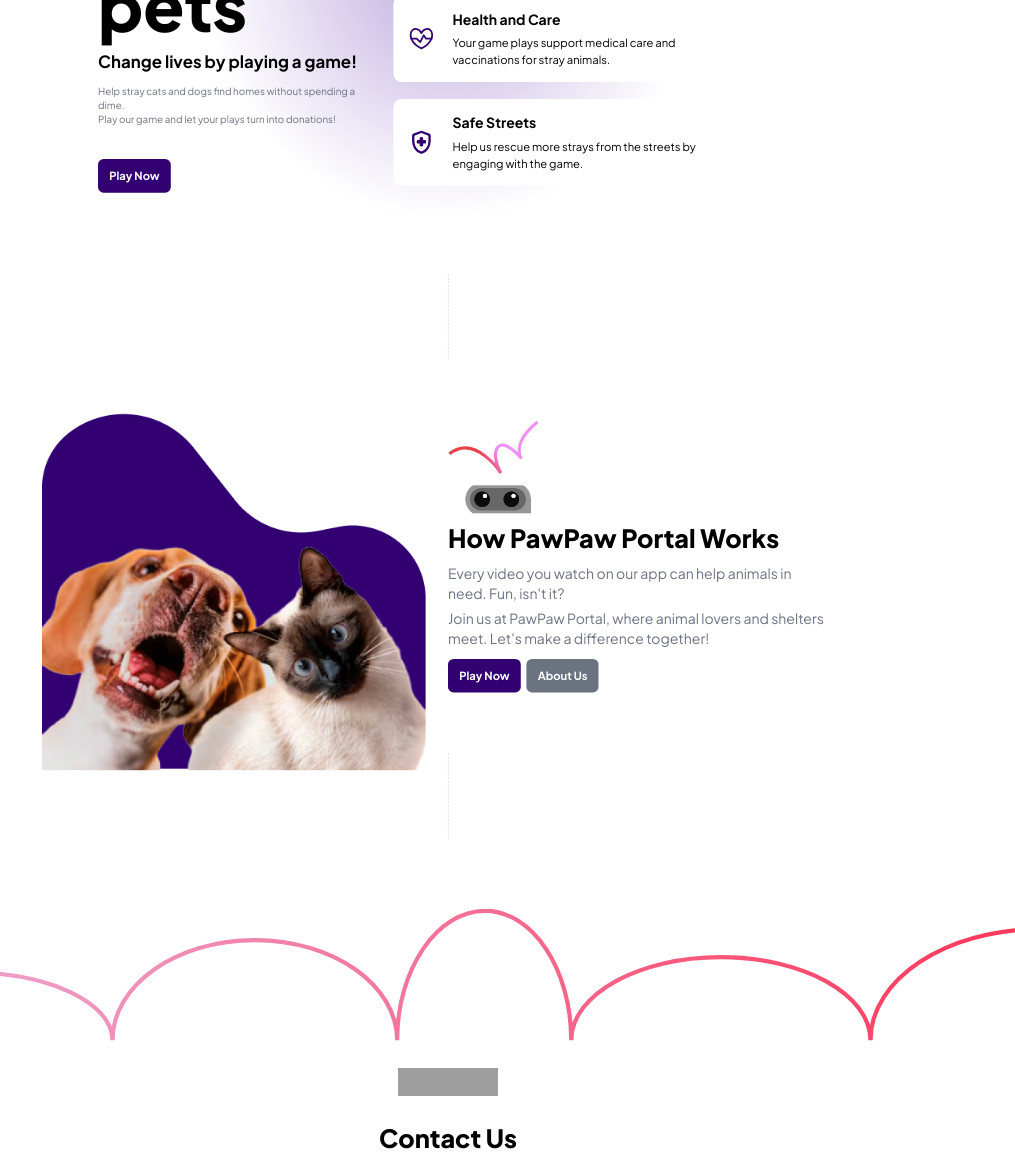
Repository: paskasiregar/pawpawwebsite
Page: /
These files come from the project's save history. The page is drawn as it stood at one moment and after the next save; the edit follows.
The browser window is 1280 px wide. The page is 1450 px wide, so the pictures cover 1450 px, including what lies to the right of the window. The pictures show the part of the page from y = 546 to 2226 px (the page is 3234 px tall), at 70% of full size.
Pictures or frames that could not be fetched are drawn as grey boxes. The project was rebuilt for these pictures with package versions that can differ from the ones it lists, and the page was loaded fresh each time. The framework's server and built-in components were replaced by stand-ins that run in the browser. Also part of the build but not shown: next.config.js, next.config.mjs.

Above is the page before, as saved 2024-07-30 20:32:16.

### src/app/page.js
import { Contact } from "@/components/contact";
import { Divider } from "@/components/divider";
import { Footer } from "@/components/footer";
import { Header } from "@/components/header";
import CTA from "@/components/CTA";
import Hero from "@/components/hero";
import PrimaryButton from "@/components/primaryButton";
import SecButton from "@/components/secButton";
import Image from "next/image";
import logoImage from "../assets/inverse.png";
import bannerImage from "../assets/banner.png";

export default async function Home() {
  return (
    <div className="w-full font-plus-jakarta m-auto flex min-h-screen flex-col items-center justify-between py-4 md:py-8">
      <section className="space-y-4 w-full px-2 md:px-4">
        <div className="centeredcontainer main-container">
          <Header />
        </div>
        <main className="main-container">
          <Hero />
          <Divider />
          <div className="self-stretch bg-white flex flex-col md:flex-row">
            <div className="flex-1 relative h-48 md:h-[489px] z-[0]">
              <Image
                className="w-full h-auto object-cover"
                alt="banner"
                src={bannerImage}
                width={200}
                height={200}
              />
            </div>

            <div className="flex-1 flex flex-col items-center md:items-start justify-center gap-4 z-[1] p-4 md:p-8">
              <div className="space-y-4">
                <div className="flex justify-center md:justify-start">
                  <svg
                    width="130"
                    height="77"
                    viewBox="0 0 130 77"
                    fill="none"
                    xmlns="http://www.w3.org/2000/svg"
                  >
                    <path
                      d="M2.04016 48.038C39.1938 19.0059 75.4362 75.5193 75.4362 75.5193C58.6481 44.4597 70.5515 14.7701 105.05 54.8444C105.05 54.8444 88.8644 34.0647 127.885 2.52962"
                      stroke="url(#paint0_linear_545_35744)"
                      strokeWidth="4.42591"
                      strokeMiterlimit="10"
                      strokeLinejoin="bevel"
                    />
                    <defs>
                      <linearGradient
                        id="paint0_linear_545_35744"
                        x1="19.971"
                        y1="73.8863"
                        x2="126.116"
                        y2="-0.218346"
                        gradientUnits="userSpaceOnUse"
                      >
                        <stop offset="0.2868" stopColor="#E9404C" />
                        <stop offset="0.2967" stopColor="#EA475C" />
                        <stop offset="0.3252" stopColor="#EB5B85" />
                        <stop offset="0.3554" stopColor="#EB6CA8" />
                        <stop offset="0.3871" stopColor="#EC79C5" />
                        <stop offset="0.4209" stopColor="#EC84DB" />
                        <stop offset="0.4577" stopColor="#ED8BEB" />
                        <stop offset="0.4998" stopColor="#ED90F4" />
                        <stop offset="0.5589" stopColor="#ED91F7" />
                      </linearGradient>
                    </defs>
                  </svg>
                </div>
                <Image
                  className="w-36 h-10 object-cover"
                  alt="Logo"
                  src={logoImage}
                  width={120}
                  height={20}
                />
                <div className="flex flex-col items-center md:items-start">
                  <div className="relative font-extrabold text-2xl md:text-4xl text-center md:text-left">
                    How PawPaw Portal Works
                  </div>
                </div>
                <div className="self-stretch flex flex-col md:flex-row items-center md:items-start justify-start text-lg md:text-xl text-gray-500">
                  <div className="flex-1 flex flex-col items-center md:items-start justify-start">
                    <div className="self-stretch">
                      <p className="m-0 text-center md:text-left">
                        Every video you watch on our app can help animals in
                        need. Fun, isn't it?
                      </p>
                      <p className="m-2"></p>
                      <p className="m-0 text-center md:text-left">
                        Join us at PawPaw Portal, where animal lovers and
                        shelters meet. Let's make a difference together!
                      </p>
                    </div>
                  </div>
                </div>

                <div className="flex flex-col md:flex-row gap-2">
                  <PrimaryButton>Play Now</PrimaryButton>
                  <SecButton>About Us</SecButton>
                </div>
              </div>
            </div>
          </div>
          <Divider />
          <Contact />
        </main>
        <div className="w-full">
          <div>
            <CTA />
          </div>
          <Footer />
        </div>
      </section>
    </div>
  );
}

### src/app/globals.css
@import url("https://fonts.googleapis.com/css2?family=Plus+Jakarta+Sans:wght@400;600;700;800&display=swap");

@tailwind base;
@tailwind components;
@tailwind utilities;

body {
  font-family: "Plus Jakarta Sans", sans-serif;
}

.hero-bg {
  display: flex;
  background: radial-gradient(
    circle,
    rgb(204, 188, 230) 10%,
    rgb(255, 255, 255) 50%
  );
}

.cta-container {
  display: flex;
  justify-content: center;
  align-items: center;
  position: relative;
  background: radial-gradient(circle, rgb(14, 4, 4) 0%, rgb(14, 1, 51) 100%);
  padding: 20px;
  gap: 20px;
  min-height: 200px;
}

.cta-button {
  display: inline-block;
  padding: 20px 40px;
  font-size: 24px;
  font-weight: bold;
  color: white;
  background: black;
  border-radius: 40px;
  position: relative;
  z-index: 1;
  overflow: hidden;
  transition: all 0.3s ease;
  text-align: center;
}

.cta-button::before {
  content: "";
  position: absolute;
  top: -2px;
  left: -2px;
  right: -2px;
  bottom: -2px;
  background: linear-gradient(
    90deg,
    rgb(255, 244, 97) 0%,
    rgb(187, 61, 255) 50%,
    rgb(142, 23, 23) 100%
  );
  z-index: -1;
  border-radius: inherit;
}

.cta-button::after {
  content: "";
  position: absolute;
  top: 2px;
  left: 2px;
  right: 2px;
  bottom: 2px;
  background: black;
  z-index: -1;
  border-radius: inherit;
}

.cta-button:hover {
  color: rgb(237, 246, 133);
  background: white;
}

.footer-bg {
  background: radial-gradient(circle, rgb(14, 4, 4) 0%, rgb(14, 1, 51) 100%);
  color: white;
  text-align: center;
  padding: 20px;
}

.centeredcontainer {
  width: 100vw;
  height: auto;
}

.main-container {
  width: 100%;
  max-width: 1200px;
  margin: 0 auto;
  padding: 0 20px;
}
.header-content {
  display: flex;
  flex-direction: row;
  align-items: center;
  justify-content: space-between;
}

.header-logo-button {
  display: flex;
  flex-direction: row;
  align-items: center;
  gap: 16px; /* Adjust spacing as needed */
}

### src/components/contact.jsx
import React from "react";
import PrimaryButton from "@/components/primaryButton";
import NameInput from "./nameInput";
import EmailInput from "./emailInput";
import MessageInput from "./mesageInput";

export const Contact = () => {
  return (
    <div className="font-plus-jakarta flex flex-col items-center justify-center py-16 px-4 md:px-[200px] gap-[40px] text-29xl">
      <div className="flex justify-start items-start">
        <svg
          width="1620"
          height="188"
          viewBox="0 0 1620 188"
          fill="none"
          xmlns="http://www.w3.org/2000/svg"
        >
          <path
            d="M1891 188C1891 100.375 1784.67 29.342 1653.5 29.342C1522.34 29.342 1413.53 100.375 1413.53 188C1413.53 122.37 1317.84 69.158 1199.78 69.158C1081.72 69.158 986.029 122.362 986.029 188C986.029 85.8274 930.825 3 862.735 3C794.645 3 737.369 85.8274 737.369 188C737.369 108.853 646.33 44.6865 534.029 44.6865C421.728 44.6865 330.689 108.853 330.689 188C330.689 134.381 239.649 90.9105 127.349 90.9105C15.0481 90.9105 -76 134.381 -76 188"
            stroke="url(#paint0_linear_545_35799)"
            stroke-width="6"
            stroke-miterlimit="10"
            stroke-linejoin="bevel"
          />
          <defs>
            <linearGradient
              id="paint0_linear_545_35799"
              x1="-84.5283"
              y1="91.1699"
              x2="1899.52"
              y2="91.1699"
              gradientUnits="userSpaceOnUse"
            >
              <stop offset="0.0224" stop-color="#EBADD7" />
              <stop offset="1" stop-color="#FF2445" />
            </linearGradient>
          </defs>
        </svg>
      </div>
      <img
        className="w-36 h-10 object-cover"
        alt="Logo"
        src="https://i.ibb.co.com/wyKQbSt/banner-10.png"
      />
      <div className="flex justify-center text-4xl font-extrabold space-y-4">
        Contact Us
      </div>
      <div className="w-full flex flex-col items-start gap-[16px] text-base text-light-l800 font-regular-reg-2">
        <div className="w-full flex flex-col md:flex-row gap-[20px]">
          <div className="w-full md:w-1/2">
            <NameInput className="w-full" />
          </div>
          <div className="w-full md:w-1/2">
            <EmailInput className="w-full" />
          </div>
        </div>
        <div className="w-full">
          <MessageInput className="w-full" />
        </div>
      </div>
      <PrimaryButton>Send Now</PrimaryButton>
    </div>
  );
};

export default Contact;

### src/components/divider.jsx
export const Divider = () => {
  return (
    <div className="self-stretch h-[195px] flex flex-row items-center justify-center py-16 px-[130px] box-border">
      <div className="w-px relative box-border h-[121px] border-r-[1px] border-dashed border-gray-300" />
    </div>
  );
};

### src/components/header.jsx
import Link from "next/link";
import PrimaryButton from "@/components/primaryButton";
import React from "react";
import Image from "next/image";
import logoHeaderImage from "../assets/banner-10.png";

export const Header = () => {
  return (
    <div className="font-plus-jakarta w-full flex flex-col items-center justify-center text-left text-gray-500">
      <div className="self-stretch bg-white flex flex-col items-center justify-center text-sm">
        <div className="w-full header-content p-2.5 box-border">
          <Link href="/">
            <Image
              className="w-36 h-10 object-cover"
              alt="Logo"
              src={logoHeaderImage}
              width={120}
              height={20}
            />
          </Link>
          <div className="hidden md:flex flex-row items-center justify-center gap-8">
            <div className="relative">How It Works</div>
            <div className="relative">About Us</div>
          </div>
          <div className="header-logo-button">
            <PrimaryButton>Be Our Hero Today!</PrimaryButton>
          </div>
        </div>
      </div>
    </div>
  );
};

export default Header;

### src/components/CTA.jsx
import React from "react";
import Link from "next/link";

const CTA = () => {
  return (
    <div className="cta-container font-plus-jakarta p-4 md:p-8 flex flex-col md:flex-row items-center justify-center">
      <svg
        className="cta-decoration mb-4 md:mb-0 md:mr-4"
        width="48"
        height="46"
        viewBox="0 0 48 46"
        fill="none"
        xmlns="http://www.w3.org/2000/svg"
      >
        <path
          d="M2 46C2 27.296 29.551 30.0086 36.5736 34.5625C36.5736 34.5625 14.4611 2 47.5714 2"
          stroke="url(#cta_gradient)"
          strokeWidth="3.92857"
          strokeMiterlimit="10"
          strokeLinejoin="bevel"
        />
        <defs>
          <linearGradient
            id="cta_gradient"
            x1="37.3571"
            y1="2"
            x2="7.5"
            y2="46"
            gradientUnits="userSpaceOnUse"
          >
            <stop stopColor="#FF2445" />
            <stop offset="1" stopColor="#F5AB0E" />
          </linearGradient>
        </defs>
      </svg>
      <Link href="/game">
        <div className="cta-button text-center bg-gradient-to-r from-orange-500 to-pink-500 text-white font-bold py-2 px-4 rounded-lg shadow-lg cursor-pointer">
          Play Our Game Now
        </div>
      </Link>
    </div>
  );
};

export default CTA;

### src/components/primaryButton.jsx
import React from "react";

const PrimaryButton = ({ children, onClick }) => {
  return (
    <button
      className="self-stretch  bg-inherit-320071 hover:bg-blue-700 text-white font-bold px-4 py-3 rounded-lg"
      onClick={onClick}
    >
      {children}
    </button>
  );
};

export default PrimaryButton;

### src/components/secButton.jsx
import React from "react";

const SecButton = ({ children, onClick }) => {
  return (
    <button
      className="bg-gray-500 hover:bg-gray-700 text-white font-bold py-2 px-4 rounded-lg"
      onClick={onClick}
    >
      {children}
    </button>
  );
};

export default SecButton;

### src/components/nameInput.jsx
import React from "react";

const NameInput = ({ value, onChange }) => {
  return (
    <div className="mb-4">
      <label
        className="block text-gray-700 text-sm font-bold mb-2"
        htmlFor="name"
      >
        Name
      </label>
      <input
        id="name"
        type="text"
        value={value}
        onChange={onChange}
        className="shadow appearance-none border rounded w-full py-2 px-3 text-gray-700 leading-tight focus:outline-none focus:shadow-outline"
        placeholder="Your Name"
      />
    </div>
  );
};

export default NameInput;

### src/components/emailInput.jsx
import React from "react";

const EmailInput = ({ value, onChange }) => {
  return (
    <div className="mb-4">
      <label
        className="block text-gray-700 text-sm font-bold mb-2"
        htmlFor="email"
      >
        Email
      </label>
      <input
        id="email"
        type="email"
        value={value}
        onChange={onChange}
        className="shadow appearance-none border rounded w-full py-2 px-3 text-gray-700 leading-tight focus:outline-none focus:shadow-outline"
        placeholder="Your Email"
      />
    </div>
  );
};

export default EmailInput;

### src/components/mesageInput.jsx
import React from "react";

const MessageInput = ({ value, onChange }) => {
  return (
    <div className="mb-4">
      <label
        className="block text-gray-700 text-sm font-bold mb-2"
        htmlFor="message"
      >
        Message
      </label>
      <textarea
        id="message"
        value={value}
        onChange={onChange}
        className="shadow appearance-none border rounded w-full py-2 px-3 text-gray-700 leading-tight focus:outline-none focus:shadow-outline"
        placeholder="Your Message"
        rows="5"
      />
    </div>
  );
};

export default MessageInput;

Loaded but not shown: src/app/layout.js (common file); tailwind.config.js (24 lines, source omitted); src/components/hero.jsx (211 lines, source omitted); src/components/footer.jsx (164 lines, source omitted)

After the next save:
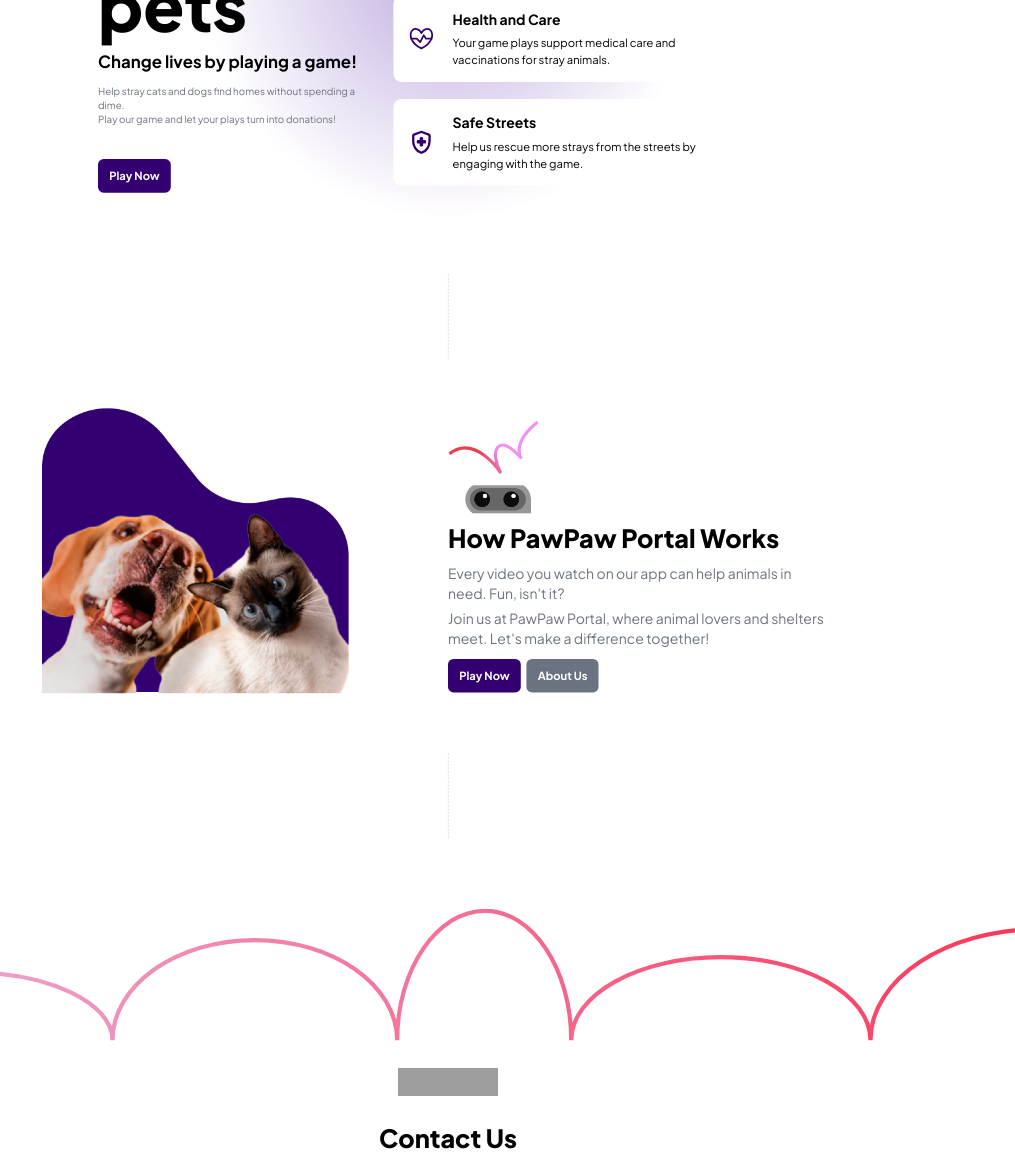
Saved 7 s later.
--- a/src/app/page.js
+++ b/src/app/page.js
@@ -23,7 +23,7 @@ export default async function Home() {
           <div className="self-stretch bg-white flex flex-col md:flex-row">
             <div className="flex-1 relative h-48 md:h-[489px] z-[0]">
               <Image
-                className="w-full h-auto object-cover"
+                className="w-[80%] h-auto object-cover"
                 alt="banner"
                 src={bannerImage}
                 width={200}
